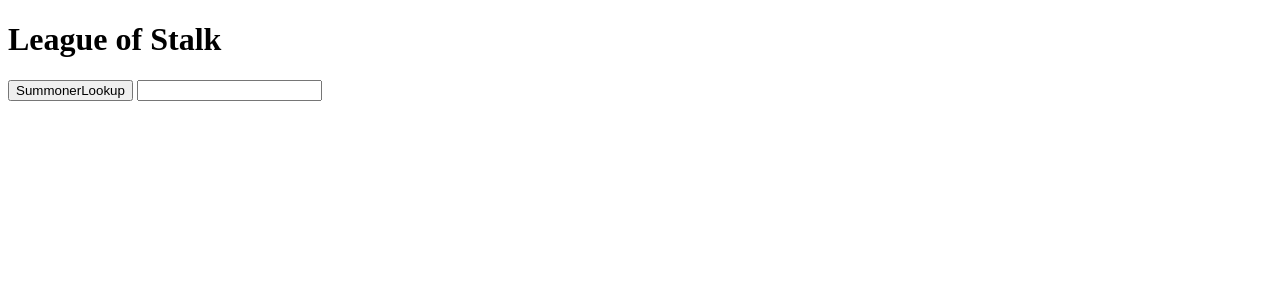
Repository: Dreifingerjpey/TestLos
Page: http://localhost/LeagueOfStalk/
The author's editor kept a copy of each file at every save. The page is drawn from the files as they stood at one save, then again after the next save.
The browser window is 1280 px wide. The pictures show the whole page.
The page is served by Tomcat 9.

Above is the page before, as saved 2017-08-04 11:16:33.

After the next save:
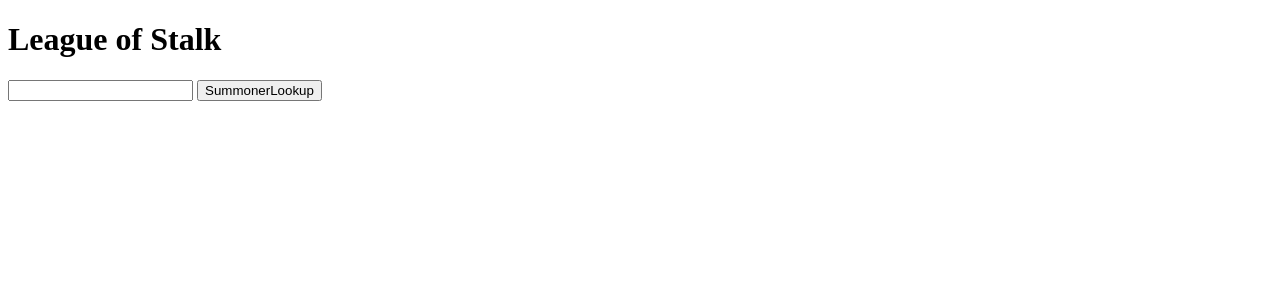
Saved 13 s later.
--- a/Eclipse/LeagueOfStalk/WebContent/index.jsp
+++ b/Eclipse/LeagueOfStalk/WebContent/index.jsp
@@ -11,9 +11,9 @@
 <body>
 <h1>League of Stalk</h1>
 <form action="HTML/SummonerLookup.html">
+<input id="vname" name="vname">
+<input type="submit" value="SummonerLookup"/>
 
-<input type="submit" value="SummonerLookup"/>
- <input id="vname" name="vname">
 </form>
 
 </body>
